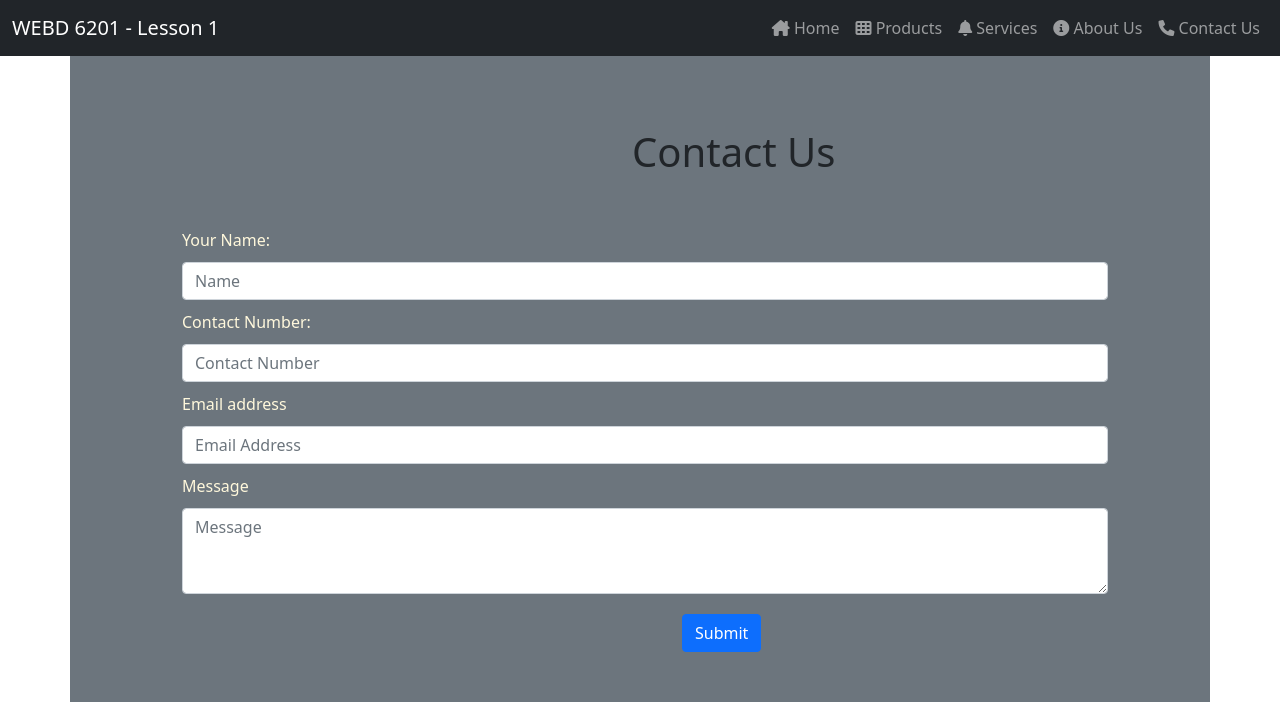
Repository: devanshudave1901/DevanshuDave_AngaranYogeswaranLab2
Page: contact.html
These files come from the project's save history. The page is drawn as it stood at one moment and after the next save; the edit follows.
The browser window is 1280 px wide. The pictures show the whole page.

Above is the page before, as saved 2022-02-10 12:37:31.

After the next save:
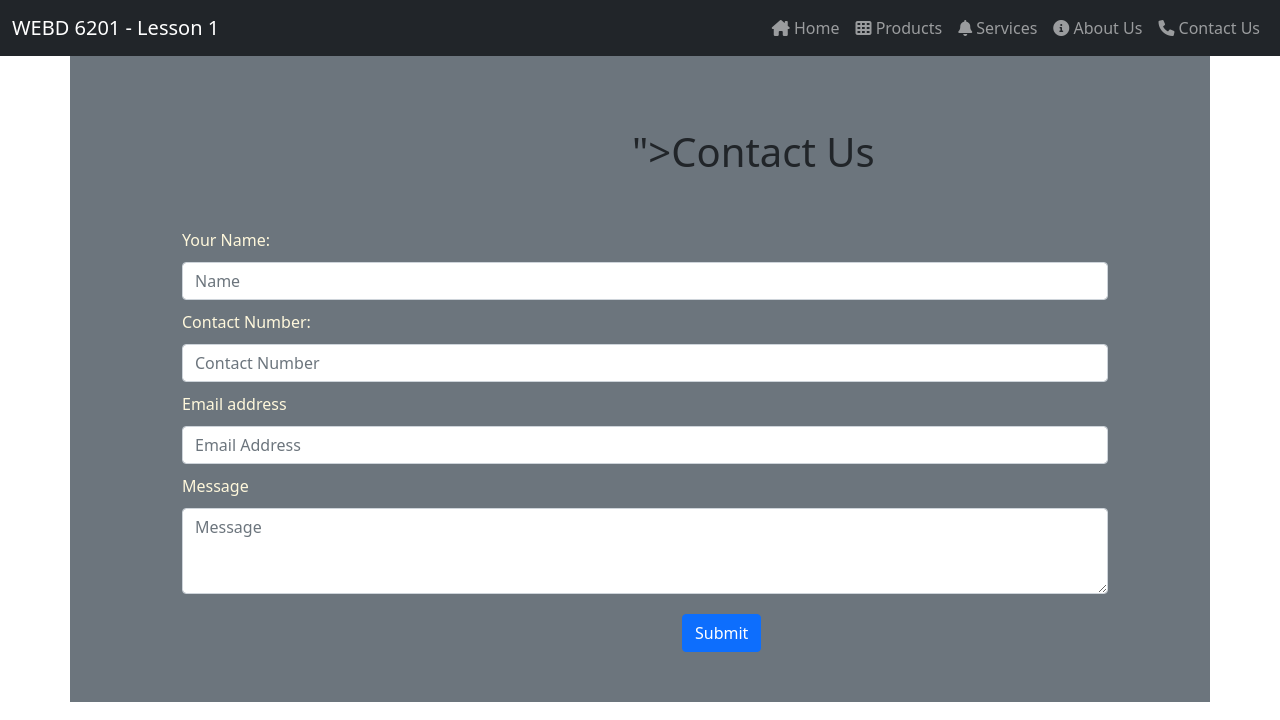
Saved 38 s later.
--- a/contact.html
+++ b/contact.html
@@ -67,7 +67,7 @@
       <br />
       <br />
       <h1 id="contactId">
-        <i class="fa-solid fa-comment-arrow-down"></i>Contact Us
+        <i class="fa-thin <i class="fab fa-comment-alt-dollar"></i>"></i>Contact Us
       </h1>
       <br />
 
